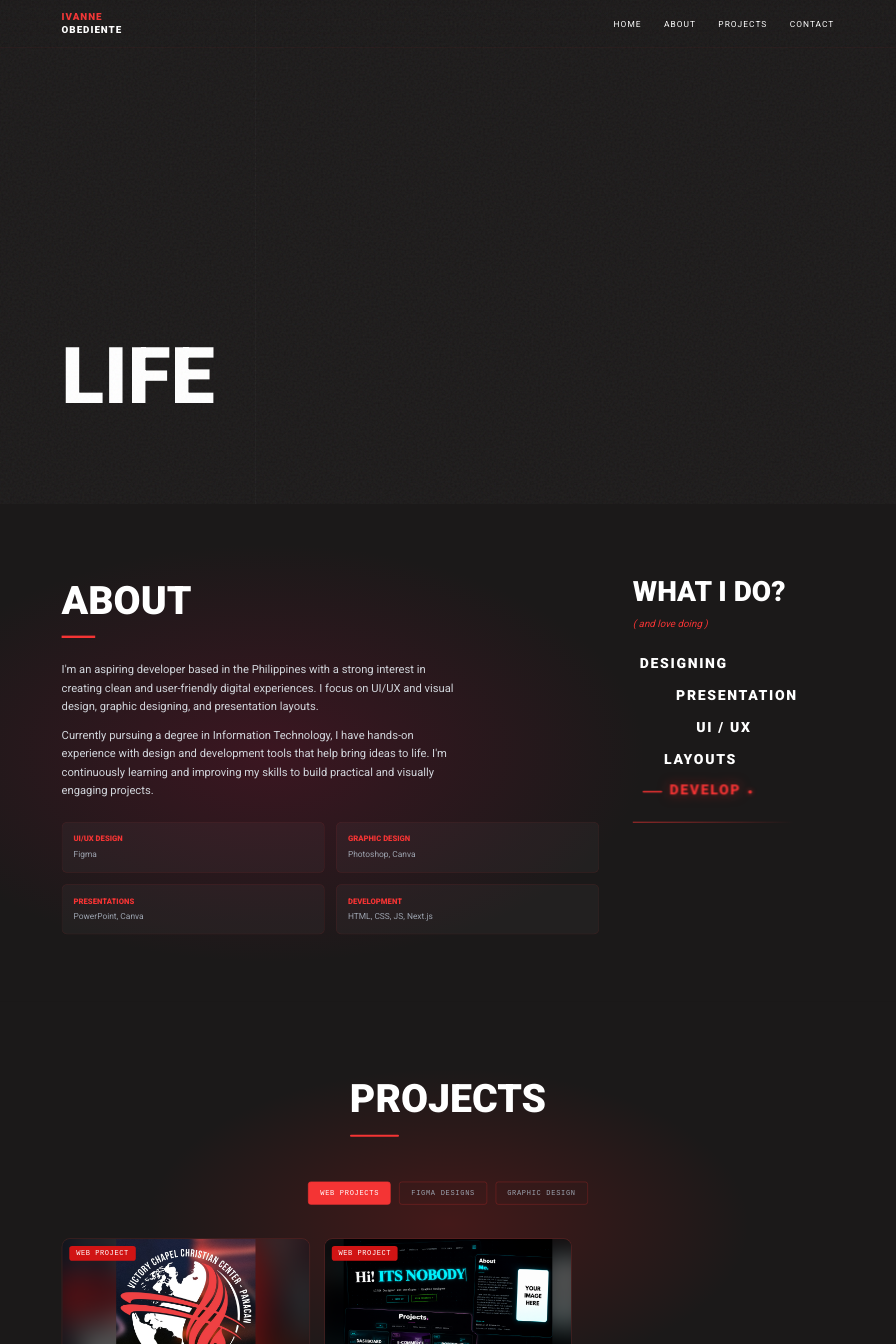
Repository: banbanny/my-portfolio
Page: /
The author's editor kept a copy of each file at every save. The page is drawn from the files as they stood at one save, then again after the next save.
The browser window is 1280 px wide. The pictures show the part of the page from y = 0 to 1920 px (the page is 4275 px tall), at 70% of full size.
The project was rebuilt for these pictures with package versions that can differ from the ones it lists, and the page was loaded fresh each time. The framework's server and built-in components were replaced by stand-ins that run in the browser. Also part of the build but not shown: next.config.js.

Above is the page before, as saved 2026-05-07 14:24:40.

After the next save:
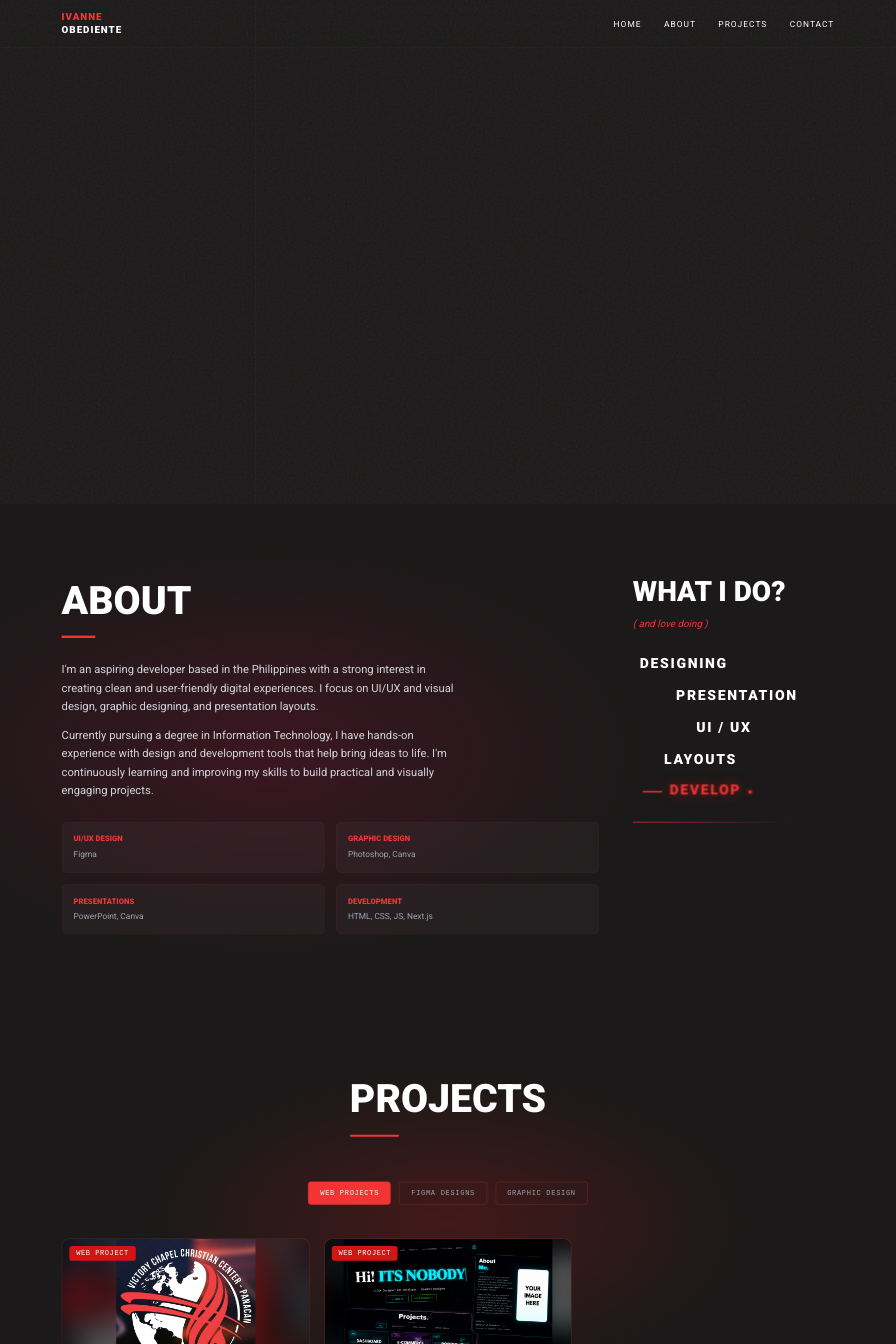
Saved 48 s later.
--- a/src/components/Hero.tsx
+++ b/src/components/Hero.tsx
@@ -22,11 +22,12 @@ export default function Hero() {
         .hero-line-1 { animation: fadeInUp 0.7s cubic-bezier(0.22,1,0.36,1) 0.3s both; }
         .hero-line-2 { animation: fadeInUp 0.7s cubic-bezier(0.22,1,0.36,1) 0.45s both; }
         .hero-line-3 { animation: fadeInUp 0.7s cubic-bezier(0.22,1,0.36,1) 0.6s both; }
-        .hero-tags   { animation: fadeInUp 0.7s cubic-bezier(0.22,1,0.36,1) 0.75s both; }
-        .hero-img-mobile { animation: fadeInUp 0.9s cubic-bezier(0.22,1,0.36,1) 0.5s both; }
+        .hero-line-4 { animation: fadeInUp 0.7s cubic-bezier(0.22,1,0.36,1) 0.75s both; }
+        .hero-tags   { animation: fadeInUp 0.7s cubic-bezier(0.22,1,0.36,1) 0.95s both; }
+        .hero-img-mobile { animation: fadeInUp 0.9s cubic-bezier(0.22,1,0.36,1) 1.1s both; }
       `}</style>
 
-      {/* Desktop glow — right side */}
+      {/* Desktop glow */}
       <div
         className="absolute inset-0 pointer-events-none hero-glow hidden md:block"
         style={{
@@ -35,11 +36,11 @@ export default function Hero() {
         }}
         aria-hidden="true"
       />
-      {/* Mobile glow — centered */}
+      {/* Mobile glow — centered behind title */}
       <div
         className="absolute inset-0 pointer-events-none hero-glow md:hidden"
         style={{
-          background: "radial-gradient(ellipse 100% 60% at 50% 40%, rgba(143,29,29,0.65) 0%, rgba(124,9,9,0.25) 55%, transparent 80%)",
+          background: "radial-gradient(ellipse 100% 55% at 50% 45%, rgba(143,29,29,0.75) 0%, rgba(124,9,9,0.3) 55%, transparent 80%)",
           opacity: mounted ? undefined : 0,
         }}
         aria-hidden="true"
@@ -62,53 +63,62 @@ export default function Hero() {
       {/* CONTENT WRAPPER */}
       <div className="relative flex flex-col md:block" style={{ zIndex: 2 }}>
 
-        {/* ── MOBILE LAYOUT: centered, full-screen hero ── */}
-        <div className="md:hidden flex flex-col items-center justify-center text-center min-h-screen px-6 pb-0"
-          style={{ paddingTop: "clamp(70px, 12vh, 100px)" }}>
-
-          {/* Title: "MAKING IDEAS" on one line, "COME TO LIFE" below */}
+        {/* ── MOBILE: full-screen centered title ── */}
+        <div
+          className="md:hidden flex flex-col items-center justify-center text-center px-6"
+          style={{
+            minHeight: "100svh",
+            paddingTop: "clamp(70px, 12vh, 100px)",
+            paddingBottom: "clamp(20px, 4vh, 40px)",
+          }}
+        >
           <h1
             className="font-black-roboto uppercase leading-none"
-            style={{ fontSize: "clamp(2.6rem, 14vw, 5rem)", opacity: mounted ? undefined : 0 }}
+            style={{ fontSize: "clamp(3rem, 16vw, 6rem)" }}
           >
-            {/* Line 1: MAKING IDEAS side by side */}
-            <span className="block hero-line-1">
-              <span className="text-white">MAKING </span>
-              <span style={{ color: "#F43434" }}>IDEAS</span>
-            </span>
-            {/* Line 2: COME TO LIFE */}
-            <span className="text-white block hero-line-2" style={{ marginTop: "0.05em" }}>COME TO</span>
-            <span className="text-white block hero-line-3" style={{ marginTop: "0.05em" }}>LIFE</span>
+            <span className="text-white block hero-line-1" style={{ opacity: mounted ? undefined : 0 }}>MAKING</span>
+            <span className="block hero-line-2" style={{ color: "#F43434", opacity: mounted ? undefined : 0 }}>IDEAS</span>
+            <span className="text-white block hero-line-3" style={{ opacity: mounted ? undefined : 0 }}>COME TO</span>
+            <span className="text-white block hero-line-4" style={{ opacity: mounted ? undefined : 0 }}>LIFE</span>
           </h1>
-
           <div
-            className="flex flex-wrap items-center justify-center gap-2 mt-4 text-xs text-gray-400 tracking-widest uppercase hero-tags"
+            className="flex flex-wrap items-center justify-center gap-2 mt-5 text-xs text-gray-400 tracking-widest uppercase hero-tags"
             style={{ opacity: mounted ? undefined : 0 }}
           >
             <span className="inline-block w-2 h-2 rounded-full" style={{ background: "#f43434" }} />
             <span>Graphic</span><span>/</span><span>UI / UX</span><span>/</span><span>Develop</span>
           </div>
+        </div>
 
-          {/* Mobile photo — full body, below tags */}
+        {/* ── MOBILE: photo section below title ── */}
+        <div
+          className="md:hidden w-full hero-img-mobile"
+          style={{ opacity: mounted ? undefined : 0 }}
+        >
           <div
-            className="hero-img-mobile w-full mt-6"
-            style={{ opacity: mounted ? undefined : 0 }}
+            style={{
+              position: "relative",
+              width: "100%",
+              height: "clamp(380px, 110vw, 560px)",
+            }}
           >
-            <div style={{ position: "relative", width: "100%", height: "clamp(360px, 100vw, 520px)" }}>
-              <Image
-                src="/hero.png"
-                fill
-                alt="Ivanne Obediente"
-                className="object-cover object-top"
-                priority
-              />
-              {/* Top + bottom fade */}
-              <div className="absolute inset-0" style={{ background: "linear-gradient(to bottom, #1B1919 0%, transparent 15%, transparent 75%, #1B1919 100%)" }} />
-            </div>
+            <Image
+              src="/hero.png"
+              fill
+              alt="Ivanne Obediente"
+              className="object-cover object-top"
+              priority
+            />
+            <div
+              className="absolute inset-0"
+              style={{
+                background: "linear-gradient(to bottom, #1B1919 0%, transparent 12%, transparent 78%, #1B1919 100%)",
+              }}
+            />
           </div>
         </div>
 
-        {/* ── DESKTOP LAYOUT: original left-aligned full-screen ── */}
+        {/* ── DESKTOP: original left-aligned full-screen layout ── */}
         <div
           className="hidden md:flex max-w-6xl mx-auto px-6 w-full flex-col justify-center"
           style={{
